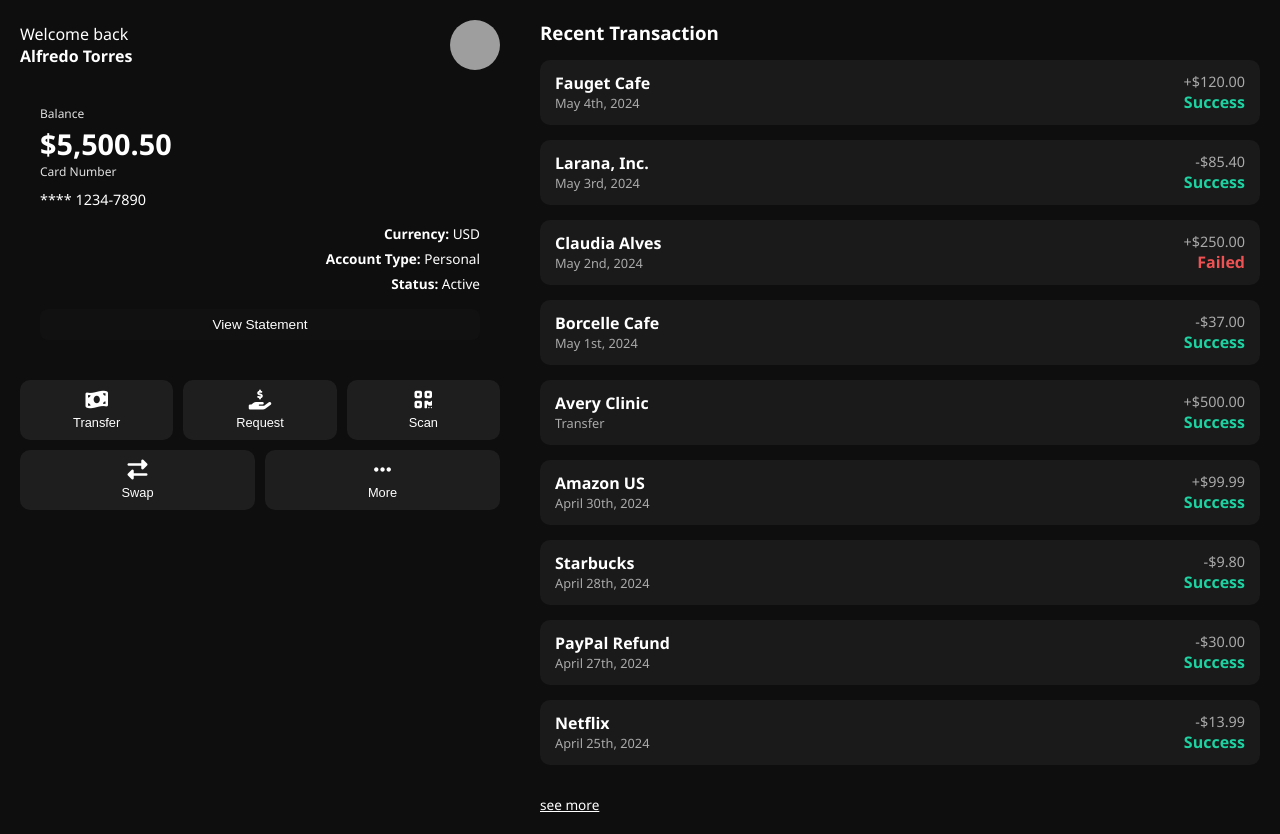
Repository: trenzyfx1/Wells-fargo-bank
Page: homepage.html
An editor plug-in stored every save of this project. The page is shown before and after a run of saves, followed by the edit.
The browser window is 1280 px wide. The pictures show the whole page.
Pictures or frames that could not be fetched are drawn as grey boxes. Some web libraries are served in a nearby version.

Above is the page before, as saved 2025-06-19 19:25:05.

### homepage.html
<!DOCTYPE html>
<html lang="en">

<head>
    <meta charset="UTF-8" />
    <meta name="viewport" content="width=device-width, initial-scale=1.0" />
    <title>Dashboard</title>
    <link rel="stylesheet" href="./CSS/homepage.css">
    <link rel="stylesheet" href="./CSS/all.min.css">
    <script src="https://kit.fontawesome.com/a2e8f1a1b0.js" crossorigin="anonymous"></script>
</head>

<body>
    <div class="dashboard">

        <div class="right-panel">
            <div class="profile">
                <p>Welcome back<br><strong>Alfredo Torres</strong></p>
                <img src="profile.jpg" alt="User" />
            </div>

            <div class="balance-card">
                <div class="card-top">
                    <p class="label">Balance</p>
                    <p class="balance">$5,500.50</p>

                    <p class="label">Card Number</p>
                    <p class="card-info">**** 1234-7890</p>
                </div>

                <div class="card-extra">
                    <p><strong>Currency:</strong> USD</p>
                    <p><strong>Account Type:</strong> Personal</p>
                    <p><strong>Status:</strong> Active</p>
                    <button class="statement-btn">View Statement</button>
                </div>
            </div>

            <div class="actions">
                <button><i class="fas fa-money-bill-wave"></i><span>Transfer</span></button>
                <button><i class="fas fa-hand-holding-usd"></i><span>Request</span></button>
                <button><i class="fas fa-qrcode"></i><span>Scan</span></button>
                <button><i class="fas fa-exchange-alt"></i><span>Swap</span></button>
                <button><i class="fas fa-ellipsis-h"></i><span>More</span></button>
            </div>
        </div>


        <!-- LEFT -->
        <div class="left-panel">
            <div class="transactions">
                <h3>Recent Transaction</h3>

                <!-- TRANSACTION LIST -->
                <div class="transaction">
                    <div>
                        <strong>Fauget Cafe</strong>
                        <p>May 4th, 2024</p>
                    </div>
                    <div class="right-detail">
                        <p>+$120.00</p>
                        <span class="success">Success</span>
                    </div>
                </div>

                <div class="transaction">
                    <div>
                        <strong>Larana, Inc.</strong>
                        <p>May 3rd, 2024</p>
                    </div>
                    <div class="right-detail">
                        <p>-$85.40</p>
                        <span class="success">Success</span>
                    </div>
                </div>

                <div class="transaction">
                    <div>
                        <strong>Claudia Alves</strong>
                        <p>May 2nd, 2024</p>
                    </div>
                    <div class="right-detail">
                        <p>+$250.00</p>
                        <span class="failed">Failed</span>
                    </div>
                </div>

                <div class="transaction">
                    <div>
                        <strong>Borcelle Cafe</strong>
                        <p>May 1st, 2024</p>
                    </div>
                    <div class="right-detail">
                        <p>-$37.00</p>
                        <span class="success">Success</span>
                    </div>
                </div>

                <div class="transaction">
                    <div>
                        <strong>Avery Clinic</strong>
                        <p>Transfer</p>
                    </div>
                    <div class="right-detail">
                        <p>+$500.00</p>
                        <span class="success">Success</span>
                    </div>
                </div>

                <div class="transaction">
                    <div>
                        <strong>Amazon US</strong>
                        <p>April 30th, 2024</p>
                    </div>
                    <div class="right-detail">
                        <p>+$99.99</p>
                        <span class="success">Success</span>
                    </div>
                </div>

                <div class="transaction">
                    <div>
                        <strong>Starbucks</strong>
                        <p>April 28th, 2024</p>
                    </div>
                    <div class="right-detail">
                        <p>-$9.80</p>
                        <span class="success">Success</span>
                    </div>
                </div>

                <div class="transaction">
                    <div>
                        <strong>PayPal Refund</strong>
                        <p>April 27th, 2024</p>
                    </div>
                    <div class="right-detail">
                        <p>-$30.00</p>
                        <span class="success">Success</span>
                    </div>
                </div>

                <div class="transaction">
                    <div>
                        <strong>Netflix</strong>
                        <p>April 25th, 2024</p>
                    </div>
                    <div class="right-detail">
                        <p>-$13.99</p>
                        <span class="success">Success</span>
                    </div>
                </div>

                <a class="see-more" href="#">see more</a>
            </div>
        </div>
    </div>

</body>

</html>

### CSS/homepage.css
* {
    margin: 0;
    padding: 0;
    box-sizing: border-box;
}

body {
    font-family: 'Segoe UI', sans-serif;
    background: #0e0e0e;
    color: white;
}

.dashboard {
    display: flex;
    flex-direction: column;
    gap: 20px;
    padding: 20px;
}

.profile {
    display: flex;
    justify-content: space-between;
    align-items: center;
}

.profile img {
    width: 50px;
    height: 50px;
    border-radius: 50%;
}

.balance-card {
    background: linear-gradient(135deg, red, );
    padding: 20px;
    border-radius: 15px;
    color: #fff;
    margin-top: 15px;
}

.balance-card .balance {
    font-size: 1.8rem;
    font-weight: bold;
}

.card-info {
    margin: 10px 0;
    font-size: 0.9rem;
}

.actions {
    display: flex;
    flex-wrap: wrap;
    gap: 10px;
    margin-top: 20px;
}

.actions button {
    background: #1e1e1e;
    border: none;
    color: #fff;
    padding: 10px;
    border-radius: 10px;
    flex: 1 1 28%;
    display: flex;
    flex-direction: column;
    align-items: center;
    font-size: 0.8rem;
    gap: 5px;
    cursor: pointer;
}

.actions button i {
    font-size: 20px;
}

.search-bar {
    display: flex;
    margin-bottom: 20px;
}

.search-bar input {
    flex: 1;
    padding: 10px;
    border: none;
    border-radius: 10px 0 0 10px;
    background: #1e1e1e;
    color: white;
}

.search-bar button {
    background: #1e1e1e;
    border: none;
    color: white;
    padding: 10px;
    border-radius: 0 10px 10px 0;
    cursor: pointer;
}

.transactions {
    display: flex;
    flex-direction: column;
    gap: 15px;
}

.transaction {
    background: #1a1a1a;
    padding: 10px 15px;
    border-radius: 10px;
    display: flex;
    justify-content: space-between;
    align-items: center;
}

.transaction p {
    font-size: 0.8rem;
    color: #aaa;
}

.success {
    color: #1dd1a1;
    font-weight: bold;
}

.failed {
    color: #ee5253;
    font-weight: bold;
}

/* Add inside existing CSS */

.transaction {
    background: #1a1a1a;
    padding: 12px 15px;
    border-radius: 10px;
    display: flex;
    justify-content: space-between;
    align-items: flex-start;
}

.right-detail {
    text-align: right;
}

.right-detail p {
    margin: 0;
    font-size: 0.9rem;
}

.see-more {
    margin-top: 15px;
    display: inline-block;
    color: white;
    font-size: 0.85rem;
    text-decoration: underline;
}

.label {
    font-size: 0.75rem;
    color: #e0e0e0;
    margin-bottom: 2px;
}

.card-top {
    margin-bottom: 15px;
    text-align: left;
}

.card-extra {
    display: flex;
    flex-direction: column;
    gap: 6px;
    text-align: right;
    font-size: 0.85rem;
}

.statement-btn {
    margin-top: 10px;
    padding: 8px;
    background: #111;
    border: none;
    color: white;
    border-radius: 8px;
    cursor: pointer;
    font-size: 0.85rem;
}


/* Desktop Layout */
@media (min-width: 768px) {
    .dashboard {
        flex-direction: row;
        align-items: flex-start;
        gap: 40px;
    }

    .left-panel {
        flex: 1.5;
    }

    .right-panel {
        flex: 1;
        position: sticky;
        top: 20px;
    }
}

Loaded but not shown: CSS/all.min.css (library)

After the next 2 saves:
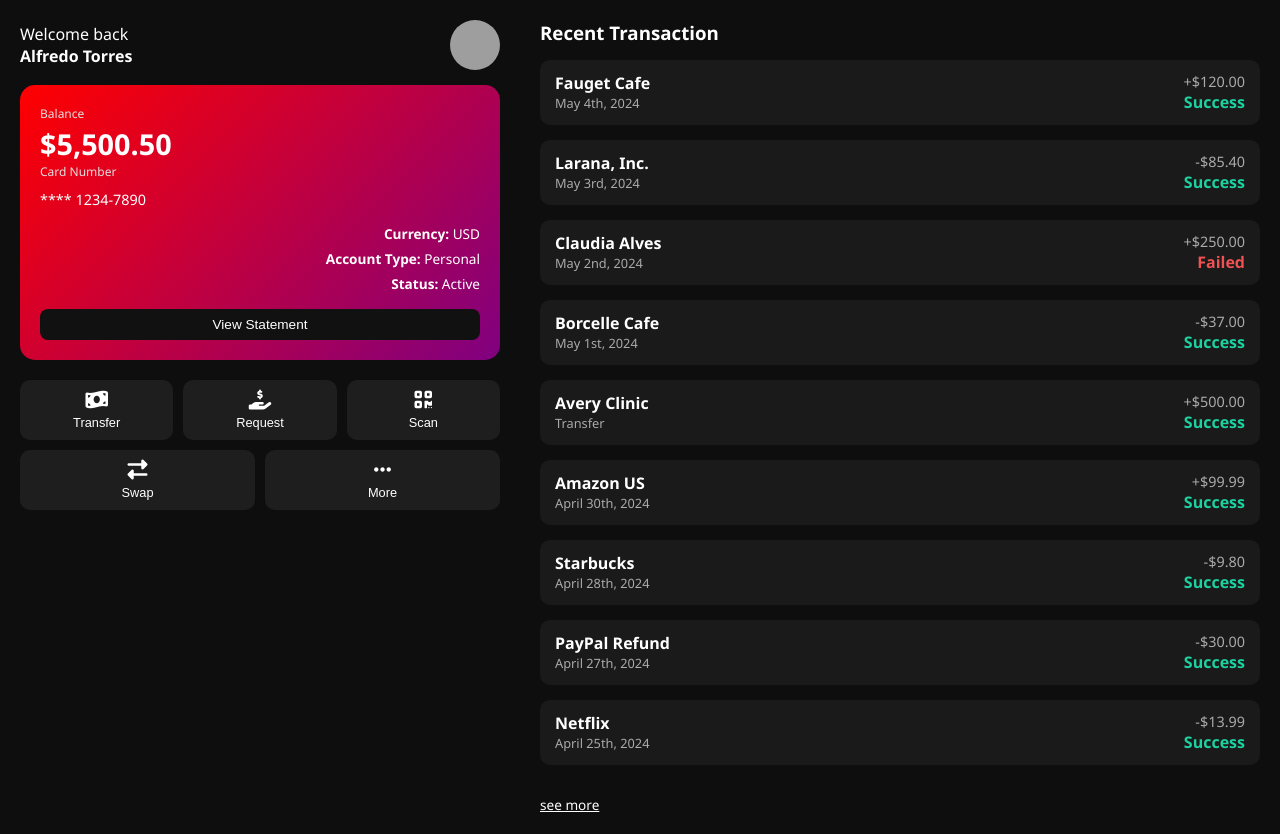
The 2 saves are shown as one change because they came seconds apart.
The last was saved 7 s later.
--- a/CSS/homepage.css
+++ b/CSS/homepage.css
@@ -30,7 +30,7 @@
 }
 
 .balance-card {
-    background: linear-gradient(135deg, red, );
+    background: linear-gradient(135deg, red, purple);
     padding: 20px;
     border-radius: 15px;
     color: #fff;
